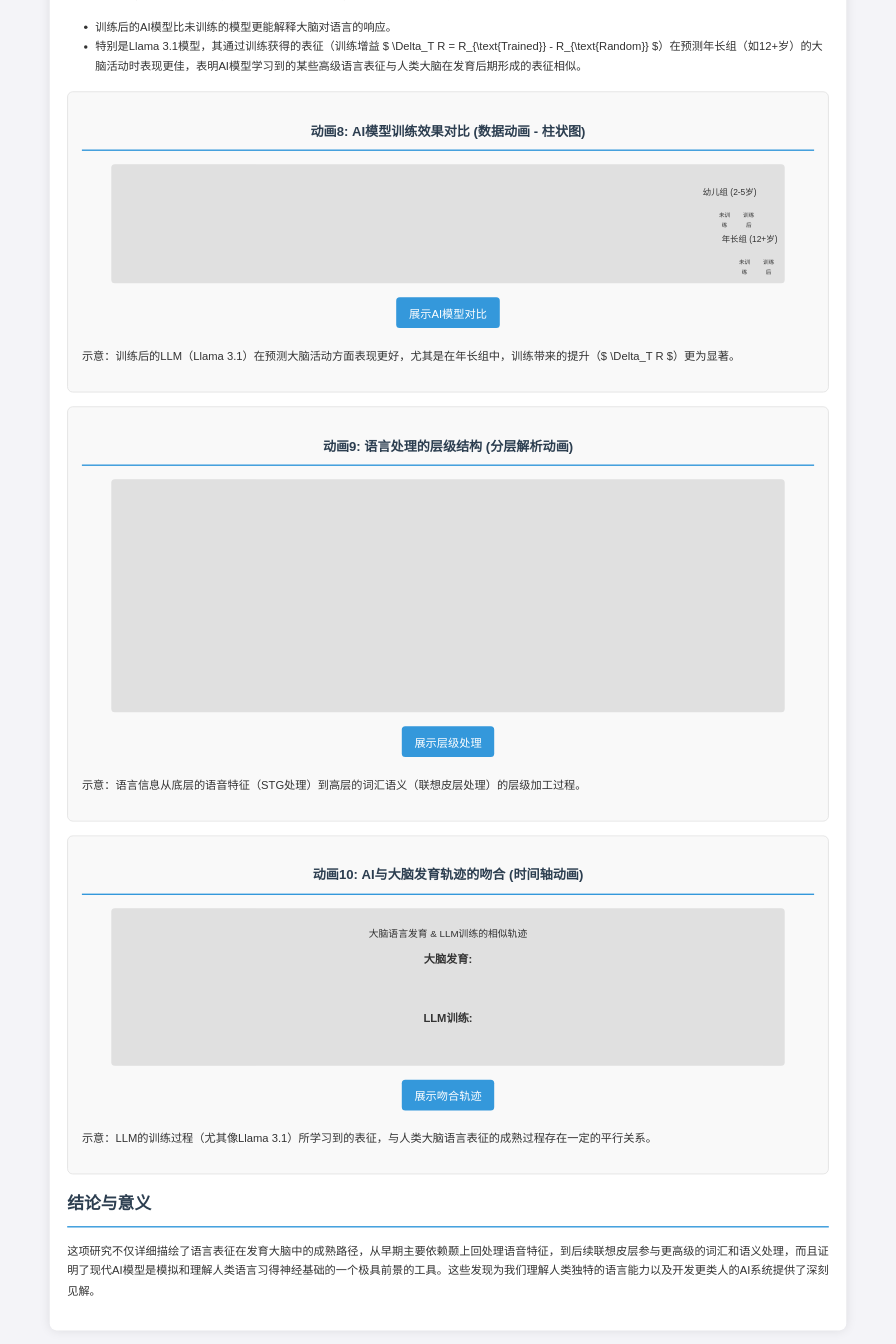
Repository: james130012/newcline
Page: useful/5.神经网络和年长大脑.html
An editor plug-in stored every save of this project. The page is shown before and after the next save, followed by the edit.
The browser window is 1280 px wide. The pictures show the part of the page from y = 4332 to 6252 px (the page is 6252 px tall), at 70% of full size.
After loading, the first visible `button[onclick="playAnim10()"]` was clicked once.

Above is the page before, as saved 2025-05-16 08:06:16.
Console error: ReferenceError: playAnim10 is not defined

After the next save:
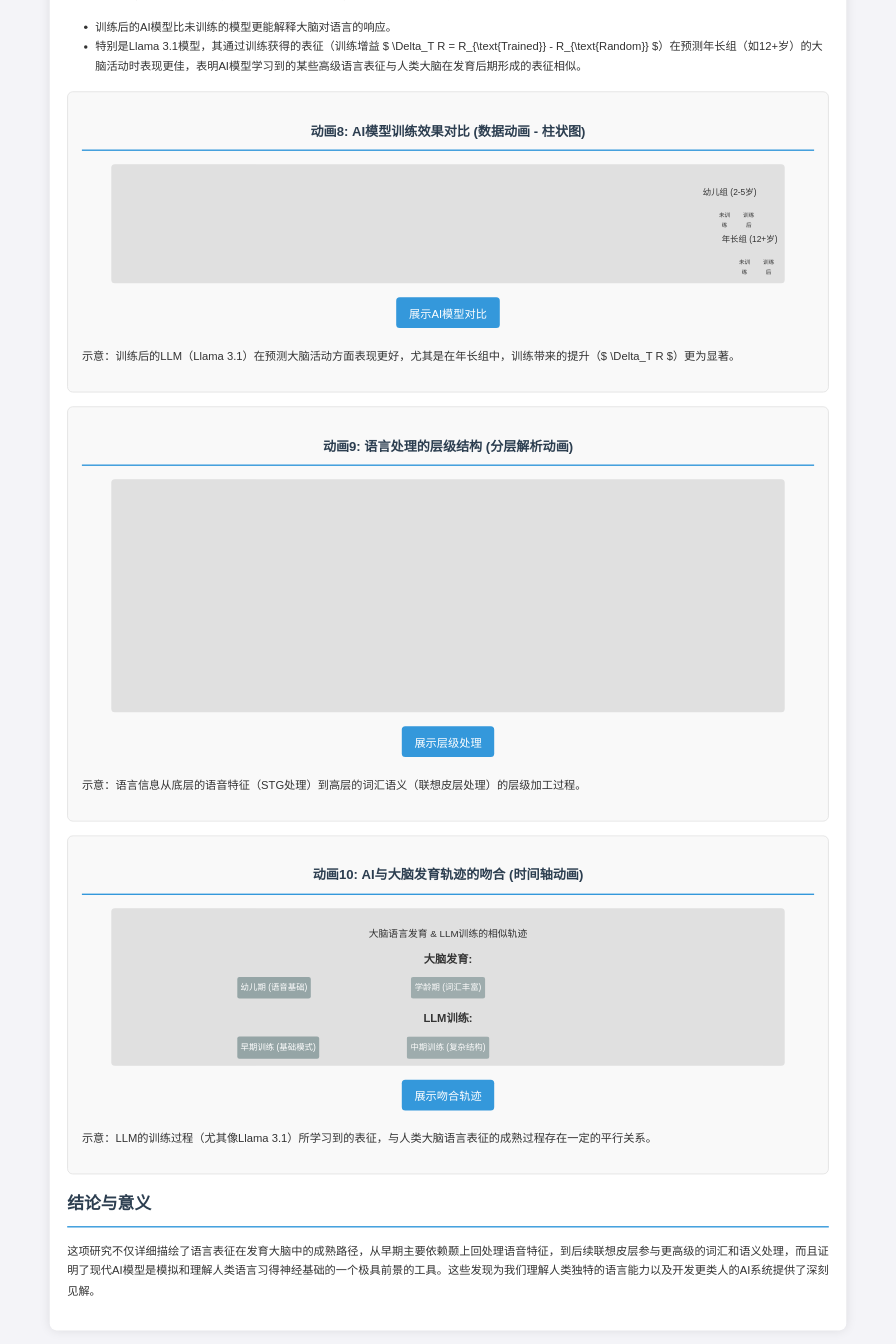
The error is gone.
Saved 4 s later.
--- a/useful/5.神经网络和年长大脑.html
+++ b/useful/5.神经网络和年长大脑.html
@@ -544,3 +544,15 @@
         // 动画10: 时间轴同步展示
         function playAnim10() {
             const brainEvents = ['anim10-brain-s1', 'anim10-brain-s2', 'anim10-brain-s3'];
+            const llmEvents = ['anim10-llm-s1', 'anim10-llm-s2', 'anim10-llm-s3'];
+
+            brainEvents.forEach((id, index) => {
+                setTimeout(() => {
+                    document.getElementById(id).style.opacity = '1';
+                    document.getElementById(llmEvents[index]).style.opacity = '1';
+                }, index * 1000);
+            });
+        }
+    </script>
+</body>
+</html>
